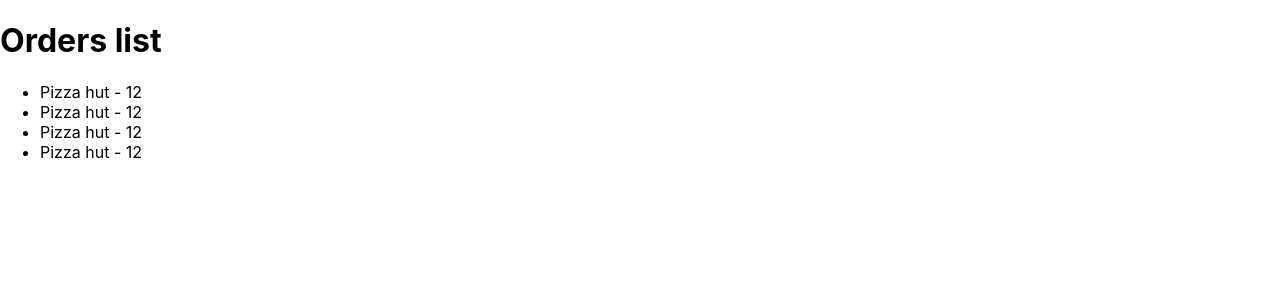
Repository: FS-23/react-navigation
Page: /
An editor plug-in stored every save of this project. The page is shown before and after the next save, followed by the edit.
The browser window is 1280 px wide. The pictures show the whole page.
The project was rebuilt for these pictures with package versions that can differ from the ones it lists, and the page was loaded fresh each time. Also part of the build but not shown: src/components/Article.js.

Above is the page before, as saved 2022-05-06 14:28:00.

After the next save:
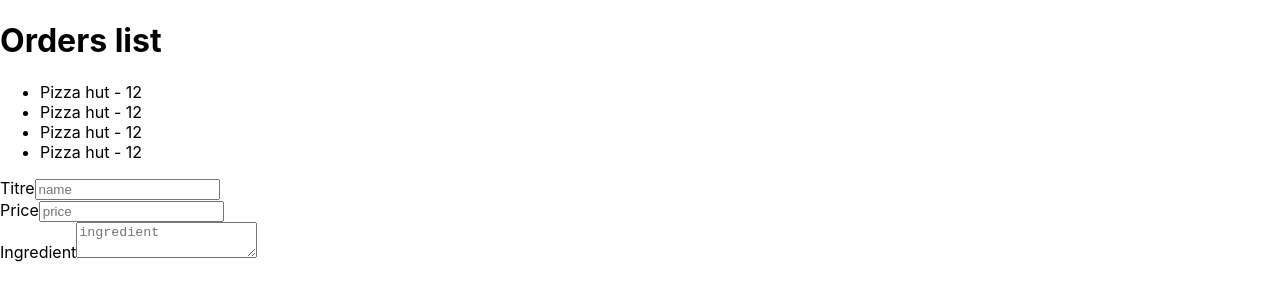
Saved 26 s later.
--- a/src/App.js
+++ b/src/App.js
@@ -1,10 +1,12 @@
 
 import OrderList from "./components/OrderList";
 import Article from "./components/Article";
+import EditOrder from "./components/EditDetail";
 function App() {
   return (
     <div className="App">
         <OrderList />
+        <EditOrder />
     </div>
   );
 }
